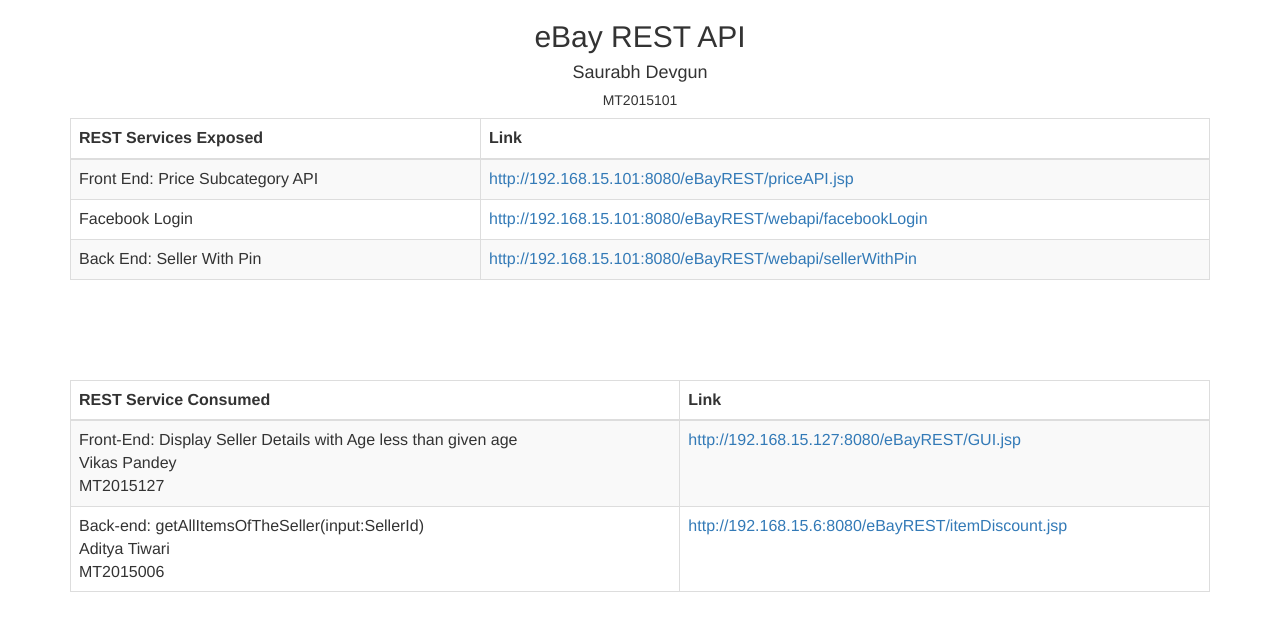
Repository: saurabh-devgun-iiitb/RESTProject
Page: http://localhost/eBayREST/
The author's editor kept a copy of each file at every save. The page is drawn from the files as they stood at one save, then again after the next save.
The browser window is 1280 px wide. The pictures show the whole page.
The page is served by Tomcat 9.

Above is the page before, as saved 2016-07-23 05:36:41.

After the next save:
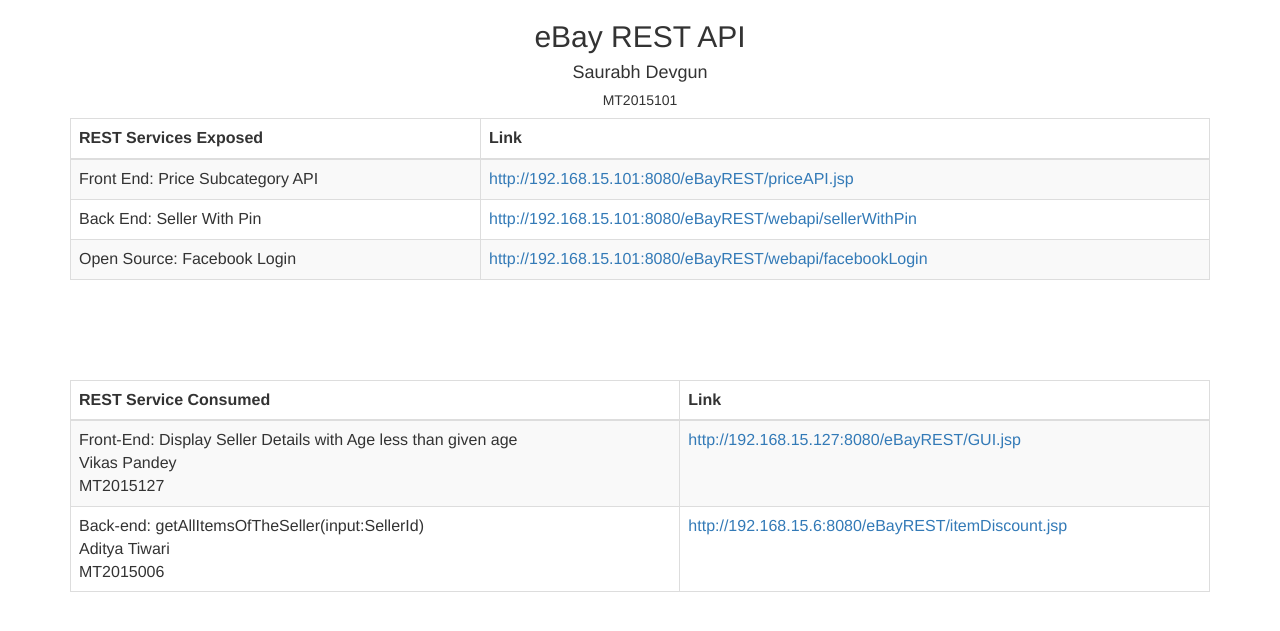
Saved 22 s later.
--- a/eBayREST/WebContent/index.jsp
+++ b/eBayREST/WebContent/index.jsp
@@ -25,12 +25,12 @@
           <td><a href="priceAPI.jsp">http://192.168.15.101:8080/eBayREST/priceAPI.jsp</a></td>
         </tr>
         <tr>
-          <td>Facebook Login</td>
-          <td><a href="loginThroughFacebook.jsp">http://192.168.15.101:8080/eBayREST/webapi/facebookLogin</a></td>
+          <td>Back End: Seller With Pin</td>
+          <td><a href="sellerWithPin.jsp">http://192.168.15.101:8080/eBayREST/webapi/sellerWithPin</a></td>
         </tr>
         <tr>
-          <td>Back End: Seller With Pin</td>
-          <td><a href="sellerWithPin.jsp">http://192.168.15.101:8080/eBayREST/webapi/sellerWithPin</a></td>
+          <td>Open Source: Facebook Login</td>
+          <td><a href="loginThroughFacebook.jsp">http://192.168.15.101:8080/eBayREST/webapi/facebookLogin</a></td>
         </tr>
       </tbody>
     </table>
